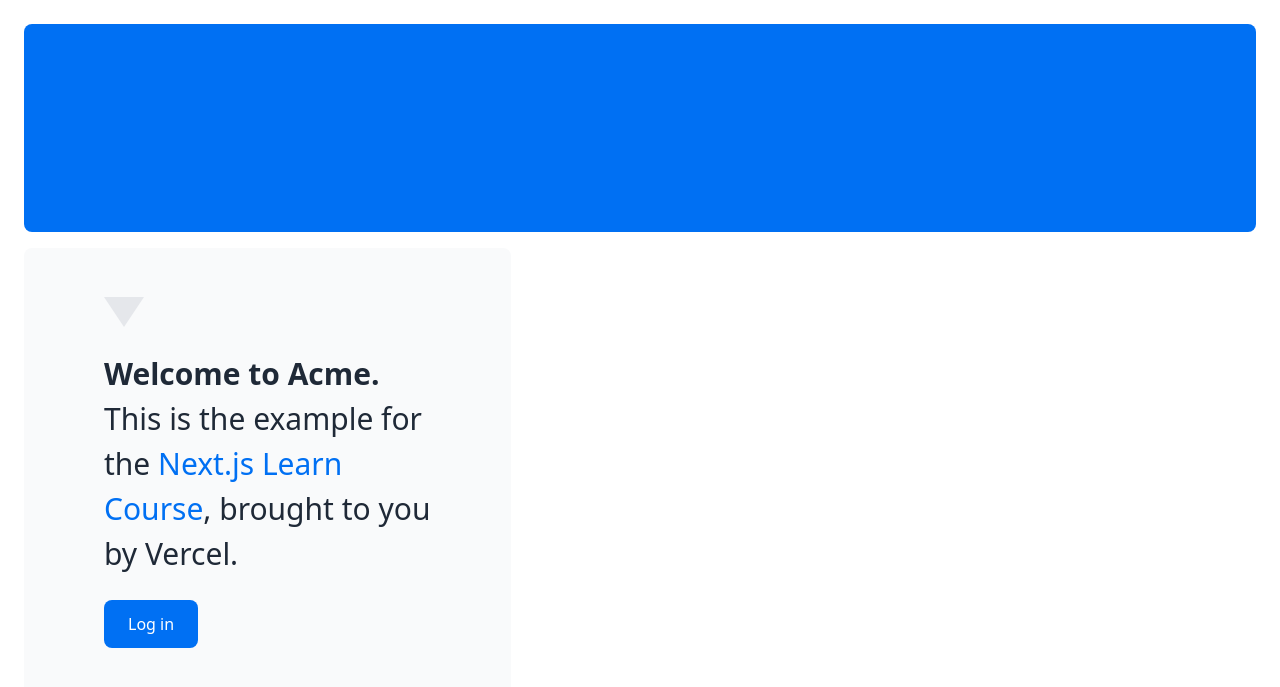
Repository: julietsawyerr/nextjs-dashboard
Page: /
The author's editor kept a copy of each file at every save. The page is drawn from the files as they stood at one save, then again after the next save.
The browser window is 1280 px wide. The pictures show the whole page.
The project was rebuilt for these pictures with package versions that can differ from the ones it lists, and the page was loaded fresh each time. The framework's server and built-in components were replaced by stand-ins that run in the browser. Also part of the build but not shown: next.config.js.

Above is the page before, as saved 2023-11-06 11:10:53.

After the next save:
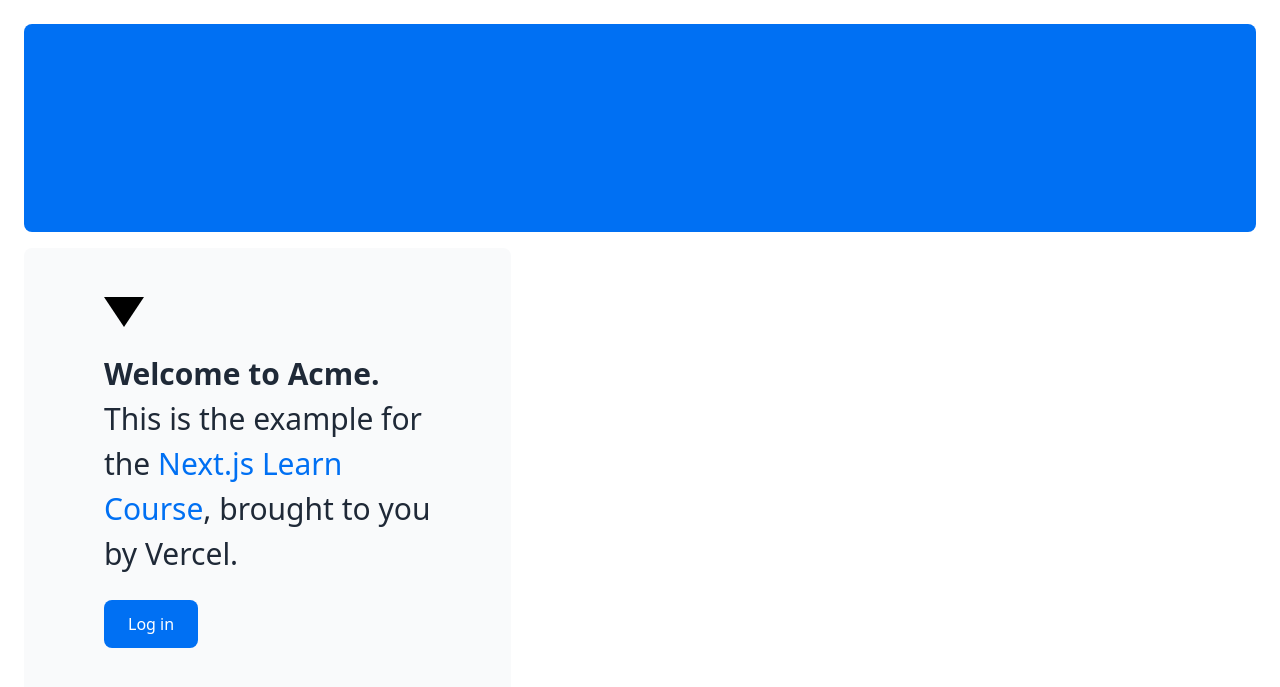
Saved 4 s later.
--- a/app/page.tsx
+++ b/app/page.tsx
@@ -10,7 +10,7 @@ export default function Page() {
       <div className="mt-4 flex grow flex-col gap-4 md:flex-row">
         <div className="flex flex-col justify-center gap-6 rounded-lg bg-gray-50 px-6 py-10 md:w-2/5 md:px-20">
 
-        <div className="h-0 w-0 border-t-[30px] border-l-[20px] border-r-[20px] border-b-black border-l-transparent border-r-transparent"/>
+        <div className="h-0 w-0 border-t-[30px] border-l-[20px] border-r-[20px] border-t-black border-l-transparent border-r-transparent"/>
 
           <p className={`text-xl text-gray-800 md:text-3xl md:leading-normal`}>
             <strong>Welcome to Acme.</strong> This is the example for the{' '}
